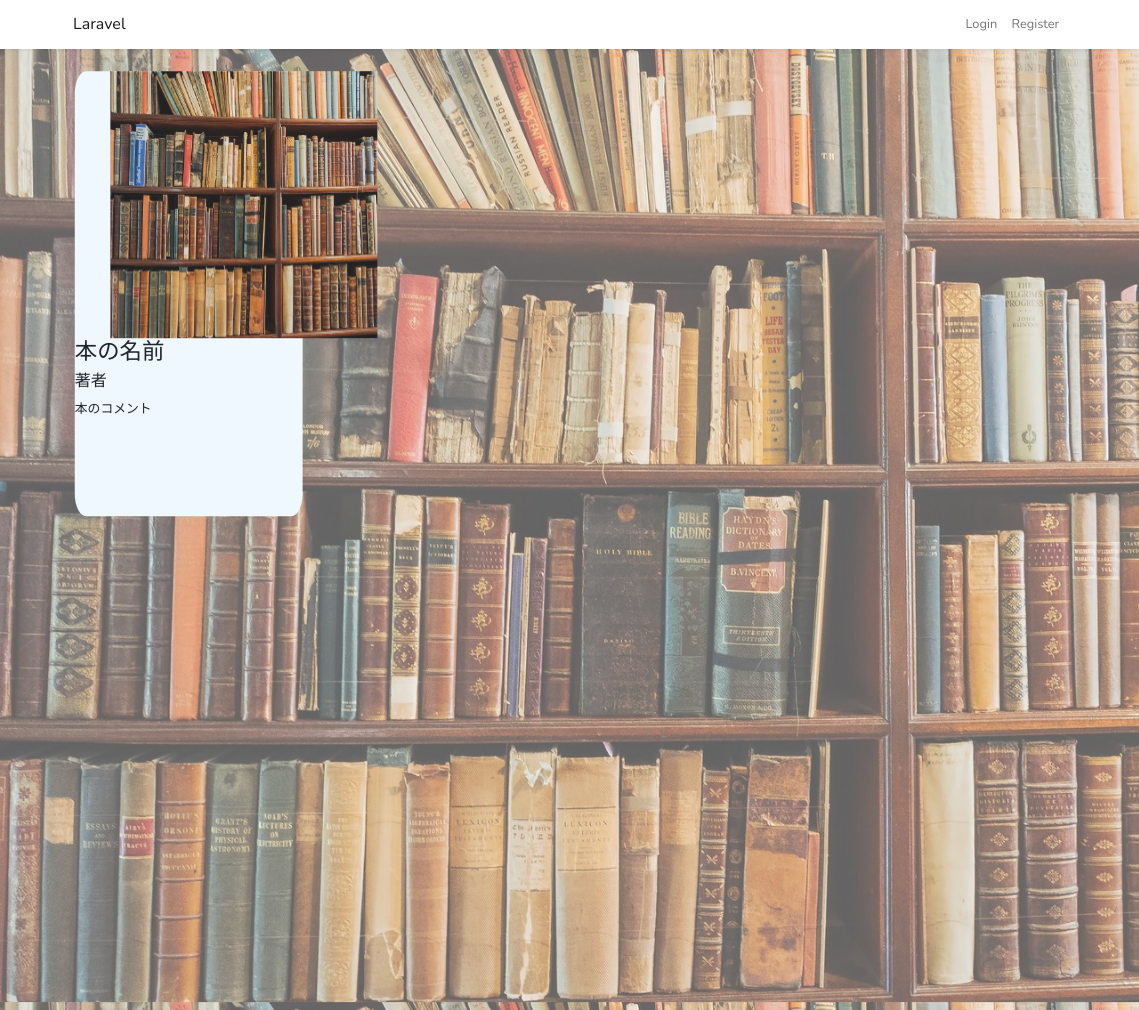
Repository: yamamotoryota1998/Bookreminder
Page: http://localhost/
An editor plug-in stored every save of this project. The page is shown before and after the next save, followed by the edit.
The browser window is 1280 px wide. The pictures show the whole page, at 89% of full size.
The page is served by the project's Laravel application, run on PHP 8.4 with Laravel 9. Other server files are loaded and not shown. Style sheets and scripts are compiled from the project's sources, by tool versions that may differ from the author's.

Above is the page before, as saved 2023-04-07 17:01:39.

### routes/web.php
<?php

use Illuminate\Support\Facades\Route;

/*
|--------------------------------------------------------------------------
| Web Routes
|--------------------------------------------------------------------------
|
| Here is where you can register web routes for your application. These
| routes are loaded by the RouteServiceProvider within a group which
| contains the "web" middleware group. Now create something great!
|
*/

Route::get('/', function () {
    return view('/home');
});

Auth::routes();

Route::get('/home', [App\Http\Controllers\HomeController::class, 'index'])->name('home');

### resources/views/home.blade.php
@extends('layouts.app')

@section('content')
<div class="wrapper-all" >
    <div class="wrapper-contents">
        <div class="contents">
            <img src="/public/img/本棚.jpg" class="book-img">
            <h3 class="book-name">本の名前</h3>
            <h5 class="book-artist">著者</h5>
            <p class="book-comment">本のコメント</p>
        </div>
    </div>
</div>
@endsection

### resources/views/layouts/app.blade.php
<!doctype html>
<html lang="{{ str_replace('_', '-', app()->getLocale()) }}">
<head>
    <meta charset="utf-8">
    <meta name="viewport" content="width=device-width, initial-scale=1">

    <!-- CSRF Token -->
    <meta name="csrf-token" content="{{ csrf_token() }}">

    <title>{{ config('app.name', 'Laravel') }}</title>

    <!-- Fonts -->
    <link rel="dns-prefetch" href="//fonts.gstatic.com">
    <link href="https://fonts.bunny.net/css?family=Nunito" rel="stylesheet">
    <link href="{{asset('/style.css')}}" rel="stylesheet">
    <!-- Scripts -->
    @vite(['resources/sass/app.scss', 'resources/js/app.js'])
</head>
<body>
    <div id="app">
        <nav class="navbar navbar-expand-md navbar-light bg-white shadow-sm">
            <div class="container">
                <a class="navbar-brand" href="{{ url('/') }}">
                    {{ config('app.name', 'Laravel') }}
                </a>
                <button class="navbar-toggler" type="button" data-bs-toggle="collapse" data-bs-target="#navbarSupportedContent" aria-controls="navbarSupportedContent" aria-expanded="false" aria-label="{{ __('Toggle navigation') }}">
                    <span class="navbar-toggler-icon"></span>
                </button>

                <div class="collapse navbar-collapse" id="navbarSupportedContent">
                    <!-- Left Side Of Navbar -->
                    <ul class="navbar-nav me-auto">

                    </ul>

                    <!-- Right Side Of Navbar -->
                    <ul class="navbar-nav ms-auto">
                        <!-- Authentication Links -->
                        @guest
                            @if (Route::has('login'))
                                <li class="nav-item">
                                    <a class="nav-link" href="{{ route('login') }}">{{ __('Login') }}</a>
                                </li>
                            @endif

                            @if (Route::has('register'))
                                <li class="nav-item">
                                    <a class="nav-link" href="{{ route('register') }}">{{ __('Register') }}</a>
                                </li>
                            @endif
                        @else
                            <li class="nav-item dropdown">
                                <a id="navbarDropdown" class="nav-link dropdown-toggle" href="#" role="button" data-bs-toggle="dropdown" aria-haspopup="true" aria-expanded="false" v-pre>
                                    {{ Auth::user()->name }}
                                </a>

                                <div class="dropdown-menu dropdown-menu-end" aria-labelledby="navbarDropdown">
                                    <a class="dropdown-item" href="{{ route('logout') }}"
                                       onclick="event.preventDefault();
                                                     document.getElementById('logout-form').submit();">
                                        {{ __('Logout') }}
                                    </a>

                                    <form id="logout-form" action="{{ route('logout') }}" method="POST" class="d-none">
                                        @csrf
                                    </form>
                                </div>
                            </li>
                        @endguest
                    </ul>
                </div>
            </div>
        </nav>
            @yield('content')
        </main>
    </div>
</body>
</html>

### public/style.css

.wrapper-all{
    width: 100%;
    height: 100%;
    background-image: url(img/本棚.jpg);
    background-color:rgba(255,255,255,0.3);
    background-blend-mode:lighten;
}
.wrapper-contents{
    width: 90%;
    height: 1080px;
    margin-left: auto;
    margin-right: auto;
    /* background-color: aqua; */
}
.contents{
    margin-top: 25px;
    margin-left: 20px;
    margin-right: 20px;
    width: 20%;
    height: 500px ;
    position:absolute;
    background-color: aliceblue;
    border-radius: 5%;
}
.book-img{
    width: 300px;
    height: 300px;
    position: relative;
    left: 40px;
}

Loaded but not shown: app/Http/Controllers/Auth/ConfirmPasswordController.php (common file); app/Http/Controllers/Controller.php (common file); resources/sass/app.scss (common file); resources/sass/_variables.scss (common file)

After the next save:
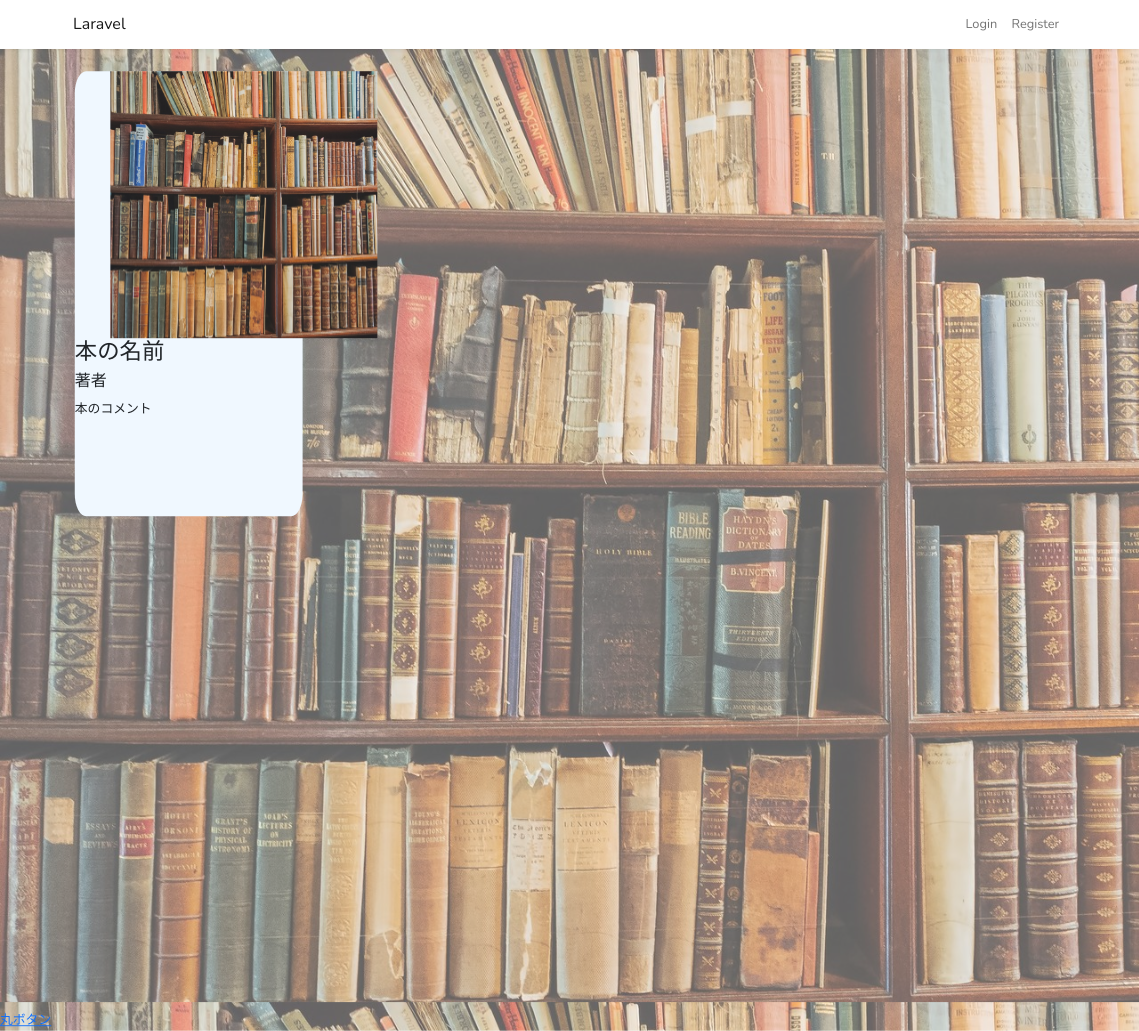
Saved 3 min 23 s later.
--- a/resources/views/home.blade.php
+++ b/resources/views/home.blade.php
@@ -10,5 +10,6 @@
             <p class="book-comment">本のコメント</p>
         </div>
     </div>
+    <a href="#" class="example3">丸ボタン</a>
 </div>
 @endsection
